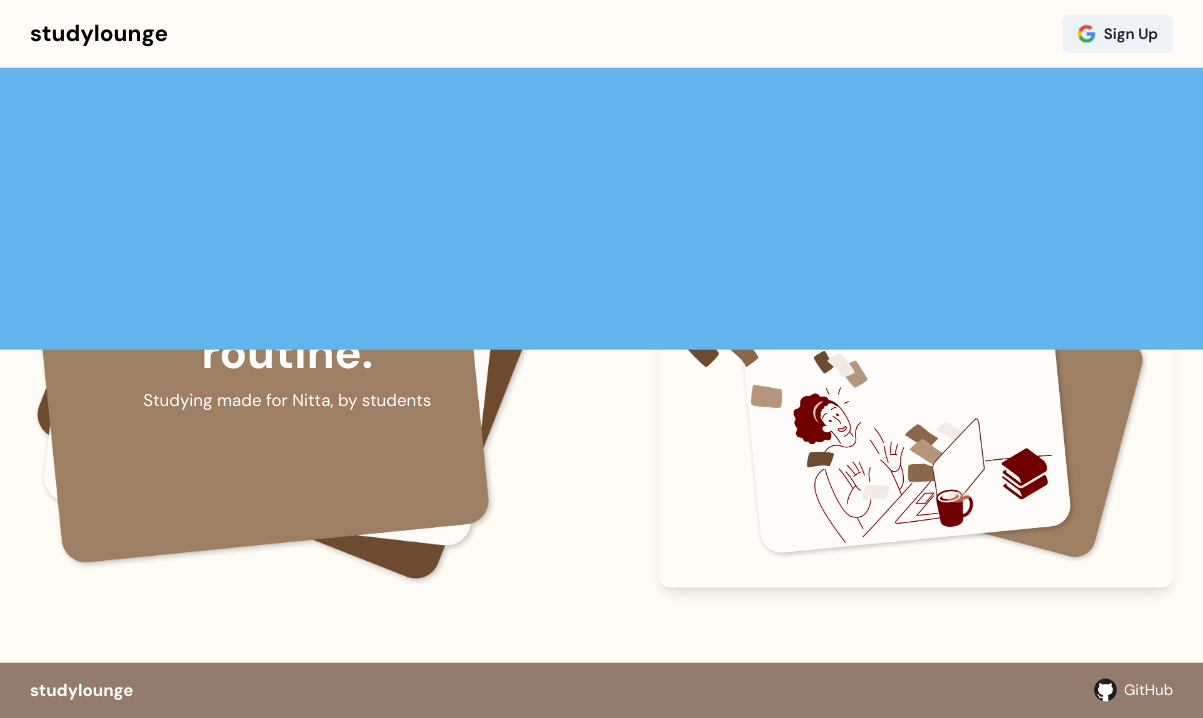
Repository: greg-chang/flashcard-website
Page: / (app in frontend/)
The author's editor kept a copy of each file at every save. The page is drawn from the files as they stood at one save, then again after the next save.
The browser window is 1280 px wide. The pictures show the whole page, at 94% of full size.
The page's requests for data from a server got no answer. The project was rebuilt for these pictures with package versions that can differ from the ones it lists, and the page was loaded fresh each time. Some packages were replaced by stand-ins written for this rebuild. The framework's server and built-in components were replaced by stand-ins that run in the browser. No one was signed in, and anything a server would have sent is missing. Also part of the build but not shown: frontend/next.config.ts, frontend/src/components/Dashboard.tsx.

Above is the page before, as saved 2025-06-08 14:48:39.

### frontend/src/app/layout.tsx
import type { Metadata } from "next";
import { Geist, Geist_Mono } from "next/font/google";
import { DM_Sans } from 'next/font/google';
import { ClerkProvider } from '@clerk/nextjs';
import { ChakraProvider, extendTheme } from '@chakra-ui/react';
import "./globals.css";
import Navbar from "../components/ui/navbar";
import theme from './theme';

const geistSans = Geist({
  variable: "--font-geist-sans",
  subsets: ["latin"],
});

const geistMono = Geist_Mono({
  variable: "--font-geist-mono",
  subsets: ["latin"],
});

const dmSans = DM_Sans({
  variable: '--font-dm-sans',
  subsets: ['latin'],
});

export const metadata: Metadata = {
  title: "Flashcard Website",
  description: "ECS 162 - Web Programming Final Project",
};

export default function RootLayout({
  children,
}: Readonly<{
  children: React.ReactNode;
}>) {
  return (
    <ClerkProvider>
      <ChakraProvider theme={theme}>
        <html lang="en">
          <body
            className={`${geistSans.variable} ${geistMono.variable} ${dmSans.variable} antialiased`}
          >
            {children}
          </body>
        </html>
      </ChakraProvider>
    </ClerkProvider>
  );
}

### frontend/src/app/page.tsx
'use client';
import Homepage from '@/components/Homepage';
import UserInterface from '@/components/UserInterface';
import Dashboard from '@/components/Dashboard';
import { useUser } from '@clerk/nextjs';
// import UserInterface from '@/components/UserInterface';

export default function Home() {
  const { isSignedIn, isLoaded } = useUser();
  if (!isLoaded) {
    return <div>Loading...</div>;
  }
  return (
    <main className="min-h-screen bg-gray-100">
      {isSignedIn ? <Dashboard /> : <Homepage />}
    </main>
  );
}

### frontend/src/app/globals.css
@import "tailwindcss";

:root {
  --background: var(--color-sand);
  --foreground: var(--color-walnut);
}

@theme {
  /* Light */
  --color-sand: #F0EAE2 ;
  /* Medium */
  --color-coffee: #937156 ;
  /* Medium Text */
  --color-walnut: #8F6E4F ;
  /* VERY DARK */
  --color-expresso: #341D09 ;
  /* DESATURATED MEDIUM */
  --color-mocha: #604E3C ;
}

@theme inline {
  --color-background: var(--background);
  --color-foreground: var(--foreground);
  --font-sans: var(--font-geist-sans);
  --font-mono: var(--font-geist-mono);
}
/*
@john found out that this is what caused the white text of white background
@media (prefers-color-scheme: dark) {
  :root {
    --background: #0a0a0a;
    --foreground: #ededed;
  }
} */

body {
  background: var(--background);
  color: var(--foreground);
  font-family: Arial, Helvetica, sans-serif;
}

### frontend/src/app/theme.tsx
'use client';
import { extendTheme } from '@chakra-ui/react';

const theme = extendTheme({
    //not actually used
  colors: {
    brand: {
      50: '#ffe4ed',
    },
  },
  fonts: {
    heading: 'var(--font-geist-sans), sans-serif',
    body: 'var(--font-geist-sans), sans-serif',
  },
  styles: {
    global: {
      body: {
        bg: 'pink.100',
        color: 'black',
      },
    },
  },
});

export default theme;

### frontend/src/components/Homepage.tsx
'use client';
import {
  Box,
  Button,
  Center,
  Heading,
  Stack,
  Text,
  VStack,
  HStack,
  SimpleGrid,
  Flex,
} from '@chakra-ui/react';
import { SignInButton, SignUpButton } from '@clerk/nextjs';
import Header from './Header';
import Image from 'next/image';

// assets
import Illustration from '@/assets/Illustration.png';
import GroupedCards from '@/assets/Grouped Cards.png';
import StyleLine from '@/assets/Style Line.png';
import GithubLogo from '@/assets/Github Logo.png';
// import GoogleLogo from '@/assets/Google Logo.png';

export default function Homepage() {
  return (
    <Flex minH="100vh" direction="column" bg="#FFFBF5" color="black" fontFamily="var(--font-dm-sans)">
      {/* Header */}
      <Header />

      {/* Main Content Area */}
      <Flex
        direction={{ base: 'column', md: 'row' }}
        align="stretch"
        justify="space-between"
        py={{ base: 10, md: 20 }}
        px={{ base: 4, md: 8 }}
        flex="1"
        position="relative"
      >
        {/* Background Wave */}
        <Box
          position="absolute"
          top="0"
          left="0"
          width="100%"
          height="300px"
          backgroundImage={`url(${StyleLine.src})`}
          backgroundSize="100% auto"
          backgroundRepeat="no-repeat"
          backgroundPosition="bottom"
          zIndex="999"
          opacity="1"
          bg="blue.300"
        />

        {/* Left Section: Grouped Cards Image */}
        <Box
          position="relative"
          flex="1"
          minW={{ base: 'full', md: '45%' }}
          maxW={{ base: 'full', md: '45%' }}
          display="flex"
          justifyContent="flex-start"
          alignItems="flex-start"
          alignSelf="flex-start"
          zIndex="1"
        >
          <Image
            src={GroupedCards}
            alt="Grouped Study Cards"
            width={550}
            height={400}
            layout="responsive"
            objectFit="contain"
            priority
          />
          {/* Text Overlay on Grouped Cards */}
          <Box
            position="absolute"
            color="white"
            textAlign="center"
            top="45%"
            left="50%"
            transform="translate(-50%, -50%)"
            width="100%"
          >
            <Heading fontSize={{ base: '3xl', md: '4xl', lg: '5xl' }} mb={2}>
              Enhance your study routine.
            </Heading>
            <Text fontSize={{ base: 'md', md: 'lg' }}>
              Studying made for Nitta, by students
            </Text>
          </Box>
        </Box>

        {/* Right Section: Illustration Image Card */}
        <Box
          flex="1"
          minW={{ base: 'full', md: '45%' }}
          maxW={{ base: 'full', md: '45%' }}
          display="flex"
          justifyContent="flex-end"
          alignItems="flex-end"
          alignSelf="flex-end"
          position="relative"
          zIndex="1"
        >
          <Box
            bg="#FFFBF5"
            p={6}
            borderRadius="xl"
            boxShadow="lg"
            position="relative"
            zIndex="1"
            display="inline-block"
          >
            <Image
              src={Illustration}
              alt="Study Lounge Illustration"
              width={600}
              height={450}
              layout="responsive"
              objectFit="contain"
              priority
            />
          </Box>
          {/* Small brown card elements (re-evaluate positions based on new layout) */}
          <Box
            position="absolute"
            bg="#937C6D"
            width="60px"
            height="40px"
            borderRadius="md"
            top="5%"
            right="10%"
            transform="rotate(15deg)"
            zIndex="0"
            display={{ base: 'none', md: 'block' }}
          />
          <Box
            position="absolute"
            bg="#937C6D"
            width="40px"
            height="30px"
            borderRadius="md"
            bottom="15%"
            left="20%"
            transform="rotate(-20deg)"
            zIndex="0"
            display={{ base: 'none', md: 'block' }}
          />
          <Box
            position="absolute"
            bg="#937C6D"
            width="50px"
            height="35px"
            borderRadius="md"
            bottom="5%"
            right="5%"
            transform="rotate(5deg)"
            zIndex="0"
            display={{ base: 'none', md: 'block' }}
          />
        </Box>
      </Flex>

      {/* Footer */}
      <Flex
        as="footer"
        bg="#937C6D"
        color="white"
        py={4}
        px={8}
        justify="space-between"
        align="center"
        mt="auto"
        fontFamily="var(--font-dm-sans)"
        zIndex="1"
        position="relative"
      >
        <Text fontSize="lg" fontWeight="bold">studylounge</Text>
        <HStack spacing={2}>
          <Image
            src={GithubLogo}
            alt="GitHub Logo"
            width={24}
            height={24}
            objectFit="contain"
          />
          <Text>GitHub</Text>
        </HStack>
      </Flex>
    </Flex>
  );
}

### frontend/src/components/Header.tsx
'use client';
import {
  Box,
  Flex,
  Heading,
  Spacer,
  Button,
  HStack,
  Text,
} from '@chakra-ui/react';
import { SignInButton, SignUpButton, UserButton, useUser } from '@clerk/nextjs';
import Image from 'next/image';
import GoogleLogo from '@/assets/Google Logo.png';

export default function Header() {
  const { isSignedIn, isLoaded } = useUser();

  return (
    <Box
      as="header"
      position="sticky"
      top={0}
      zIndex={10}
      bg="transparent"
      px={8}
      py={4}
      shadow="none"
    >
      <Flex align="center">
        {/* Logo */}
        <Text fontSize="2xl" fontWeight="bold" color="black">studylounge</Text>

        <Spacer />

        {/* Right side: Auth buttons or Avatar */}
        {isLoaded && (
          <HStack spacing={4}>
            {isSignedIn ? (
              <UserButton afterSignOutUrl="/" />
            ) : (
              <>
                <SignUpButton mode="modal">
                  <Button size="md" bg="gray.100" _hover={{ bg: 'gray.200' }} borderRadius="md">
                    <HStack spacing={2}>
                      <Image
                        src={GoogleLogo}
                        alt="Google Logo"
                        width={20}
                        height={20}
                        objectFit="contain"
                      />
                      <Text>Sign Up</Text>
                    </HStack>
                  </Button>
                </SignUpButton>
              </>
            )}
          </HStack>
        )}
      </Flex>
    </Box>
  );
}

After the next save:
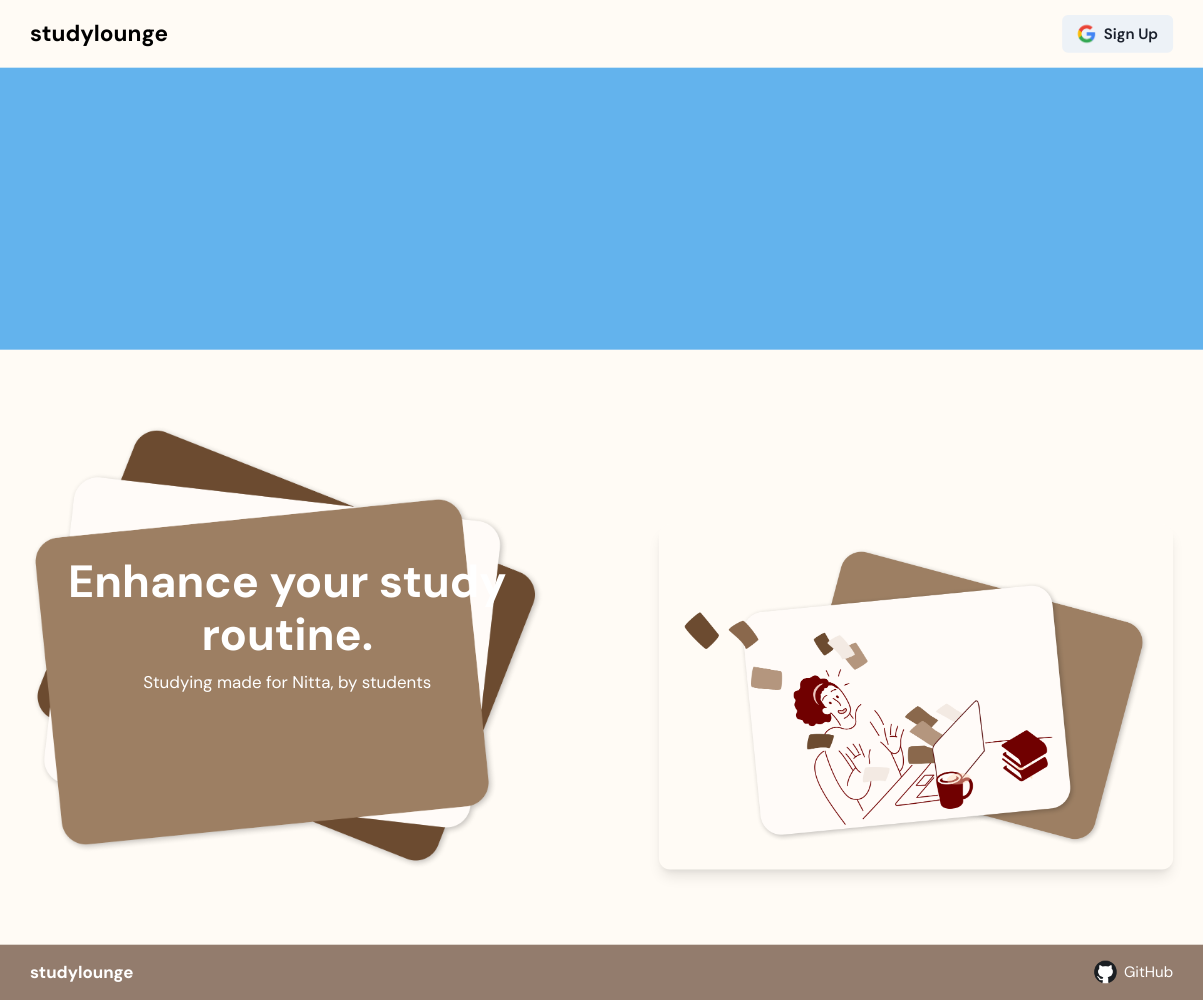
Saved 13 s later.
--- a/frontend/src/components/Homepage.tsx
+++ b/frontend/src/components/Homepage.tsx
@@ -28,6 +28,20 @@ export default function Homepage() {
       {/* Header */}
       <Header />
 
+      {/* Background Wave - Moved for testing visibility */}
+      <Box
+        position="relative"
+        width="100%"
+        height="300px"
+        backgroundImage={`url(${StyleLine.src})`}
+        backgroundSize="100% auto"
+        backgroundRepeat="no-repeat"
+        backgroundPosition="bottom"
+        zIndex="999"
+        opacity="1"
+        bg="blue.300"
+      />
+
       {/* Main Content Area */}
       <Flex
         direction={{ base: 'column', md: 'row' }}
@@ -38,22 +52,6 @@ export default function Homepage() {
         flex="1"
         position="relative"
       >
-        {/* Background Wave */}
-        <Box
-          position="absolute"
-          top="0"
-          left="0"
-          width="100%"
-          height="300px"
-          backgroundImage={`url(${StyleLine.src})`}
-          backgroundSize="100% auto"
-          backgroundRepeat="no-repeat"
-          backgroundPosition="bottom"
-          zIndex="999"
-          opacity="1"
-          bg="blue.300"
-        />
-
         {/* Left Section: Grouped Cards Image */}
         <Box
           position="relative"
